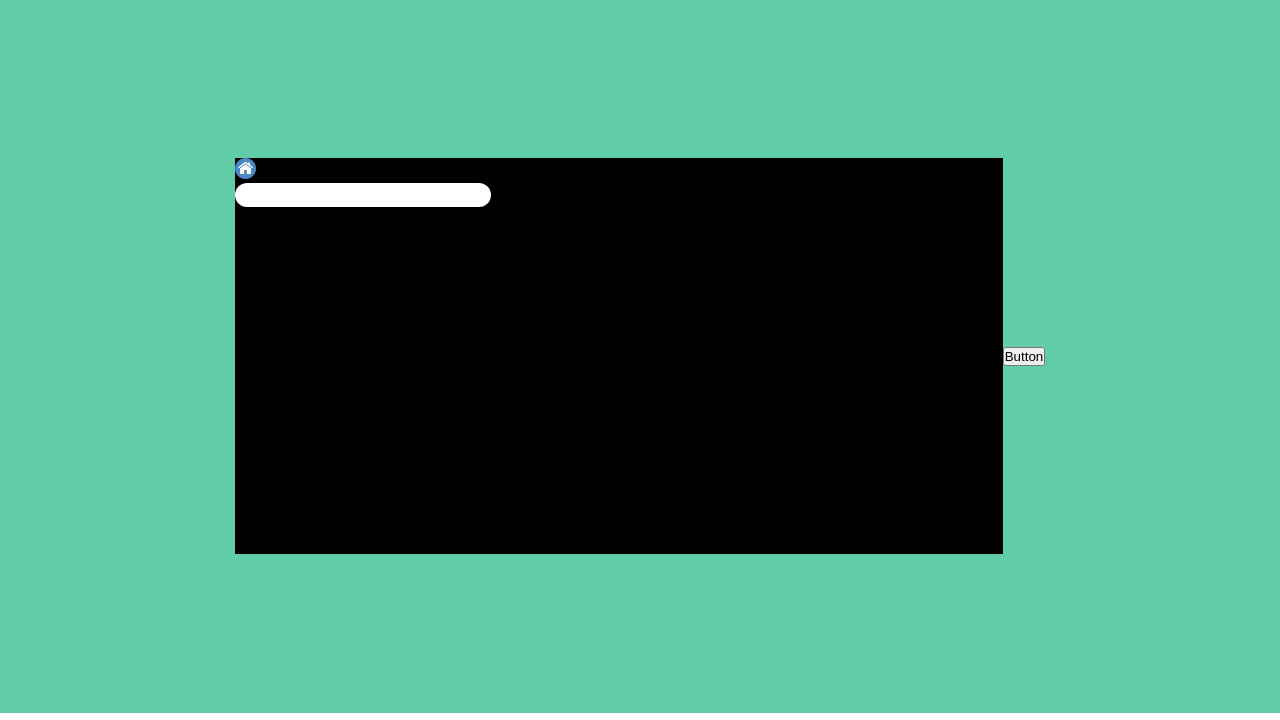
Repository: gitveerak/git-message-chat
Page: demo/demo1.html
These files come from the project's save history. The page is drawn as it stood at one moment and after the next save; the edit follows.
The browser window is 1280 px wide. The pictures show the whole page.

Above is the page before, as saved 2025-04-20 18:17:30.

### demo/demo1.html
<!DOCTYPE html>
<html lang="en">
<head>
    <meta charset="UTF-8">
    <meta name="viewport" content="width=device-width, initial-scale=1.0">
    <title>Demo Page</title>
    <style>
        *{
            padding: 0;
            margin: 0;
            box-sizing: border-box;
        }
        .wrap{
            height: 99vh;
            width: 100vw;
            background-color: rgb(97, 204, 168);
            display: flex;
            justify-content: center;
            align-items: center;
        }
        .wrap_inner{
            background-color: black;
            width: 60vw;
            height: 55vh;
            position: relative;
        }
        .img_icon{
            vertical-align: bottom;
        }
        .icon_bar{
            width: 20vw;
            height: 1.5em;
            border-radius: 5em;
            background-color: white;
        }
    </style>
</head>
<body>
    <div class="wrap">
        <div class="wrap_inner">
            <div class="img_icon">
                <img src="home.png" alt="home_png">
                <div class="icon_bar">
                </div>
            </div>
        </div>
        <button type="button" onclick="btn()">Button</button>
    </div>
    <script>
        // const icon = document.querySelector('.icon');
        // function btn() {
        //     icon.style.display='block';
        //     setTimeout(() => {
        //     icon.style.display='none';
        //     }, 6000);
        // }
    </script>
</body>
</html>

After the next save:
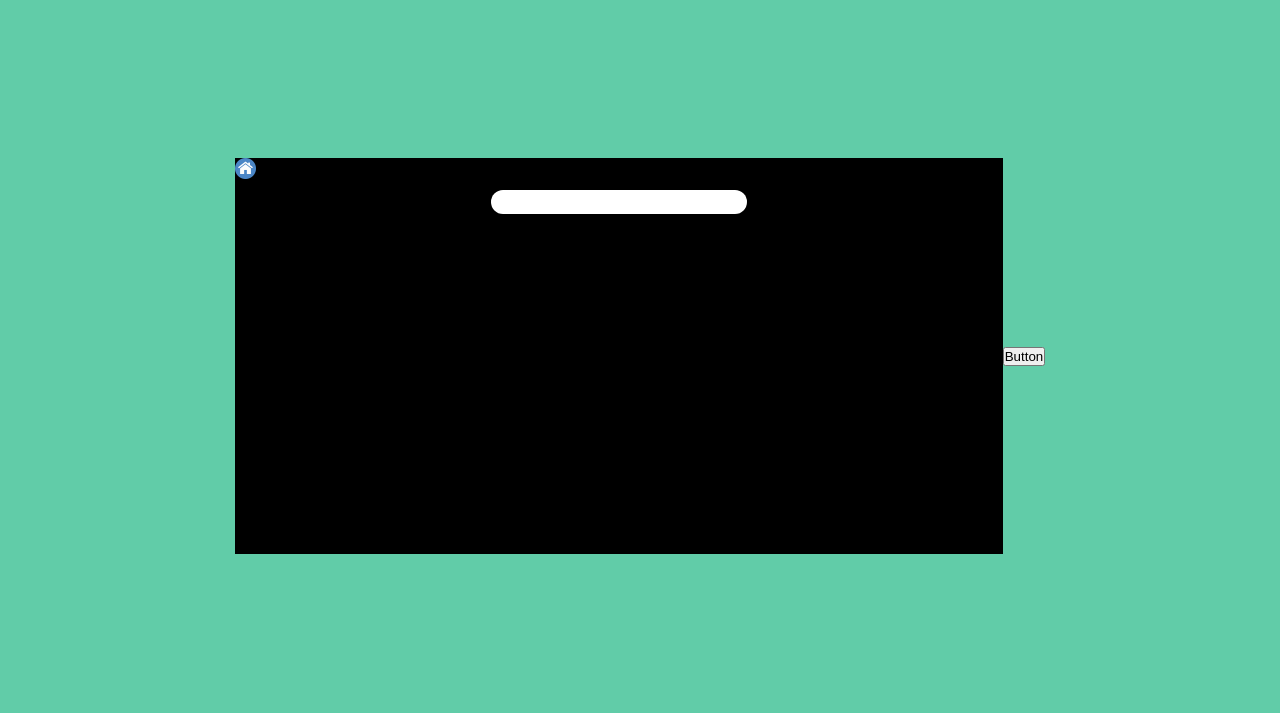
Saved 5 s later.
--- a/demo/demo1.html
+++ b/demo/demo1.html
@@ -28,6 +28,10 @@
             vertical-align: bottom;
         }
         .icon_bar{
+            position: absolute;
+            top: 2em;
+            left: 50%;
+            transform: translateX(-50%);
             width: 20vw;
             height: 1.5em;
             border-radius: 5em;
